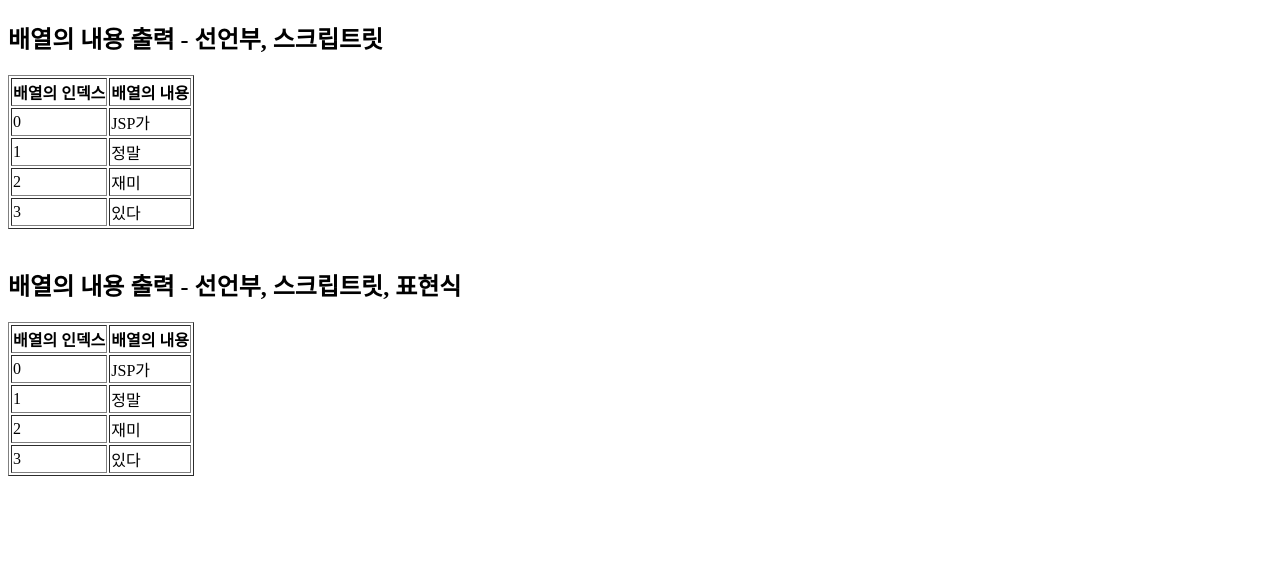
Repository: coolSummer1119/study
Page: http://localhost/ch03_Jsp/ch02_script/s01_script.jsp
An editor plug-in stored every save of this project. The page is shown before and after the next save, followed by the edit.
The browser window is 1280 px wide. The pictures show the whole page.
The page is served by Tomcat 9.

Above is the page before, as saved 2024-04-22 07:37:08.

After the next save:
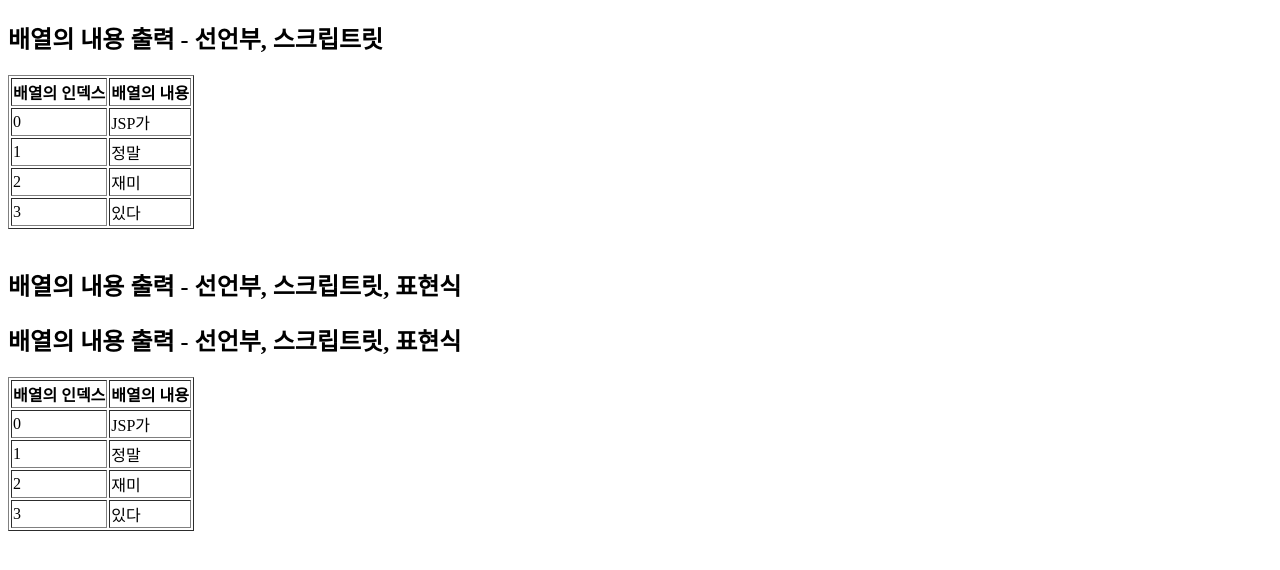
Saved 6 min 22 s later.
--- a/workspace/ch03_Jsp/src/main/webapp/ch02_script/s01_script.jsp
+++ b/workspace/ch03_Jsp/src/main/webapp/ch02_script/s01_script.jsp
@@ -35,17 +35,19 @@
 		<th>배열의 인덱스</th>
 		<th>배열의 내용</th>
 	</tr>
-<%
+<%/* 스크립트릿 영역 */
 	for(int i=0;i<str.length;i++){
 %>
-	<tr>
+	<tr><!-- HTML 영역 -->
 		<td><%= i %></td>
 		<td><%= str[i] %></td>
 	</tr>
 
-<%
+<%/* 스크립트릿 영역 */
 	}
 %>
+
+<h2>배열의 내용 출력 - 선언부, 스크립트릿, 표현식</h2>
 </table>
 </body>
 </html>
